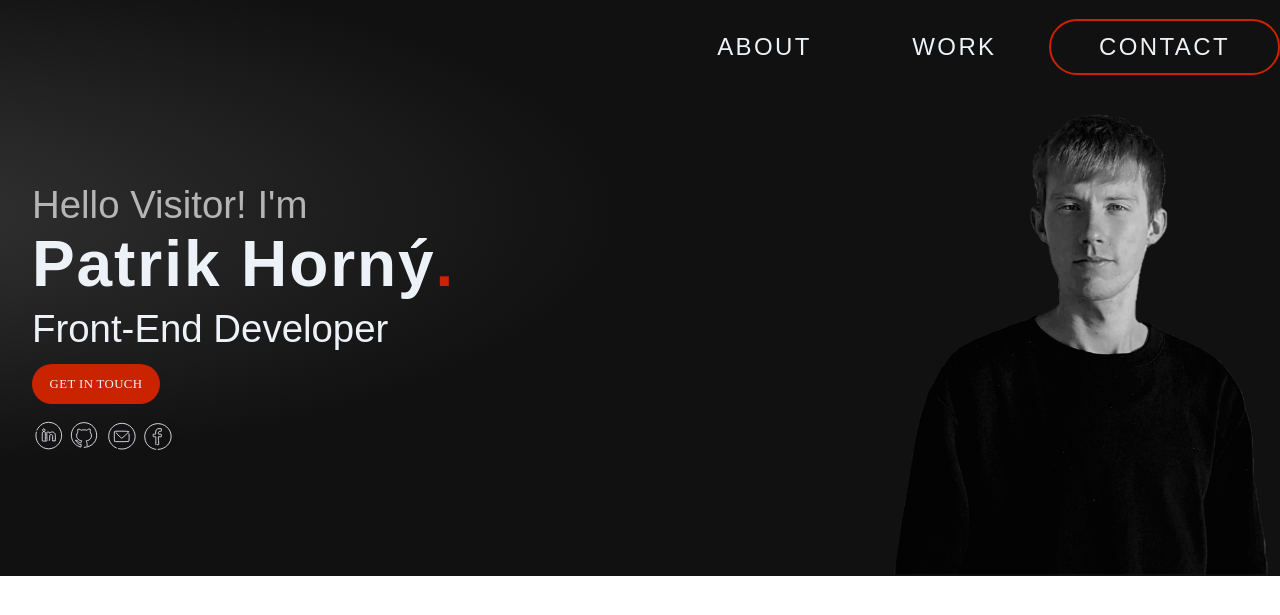
Repository: Spreceriany/portfolio
Page: index.html
An editor plug-in stored every save of this project. The page is shown before and after the next save, followed by the edit.
The browser window is 1280 px wide. The pictures show the whole page.
Some web fonts or font styles are not loaded; a fallback is used. The style sheet was rebuilt from its Sass, Less or Tailwind sources for each picture, by a compiler version that may differ from the author's.

Above is the page before, as saved 2021-03-07 18:22:24.

After the next save:
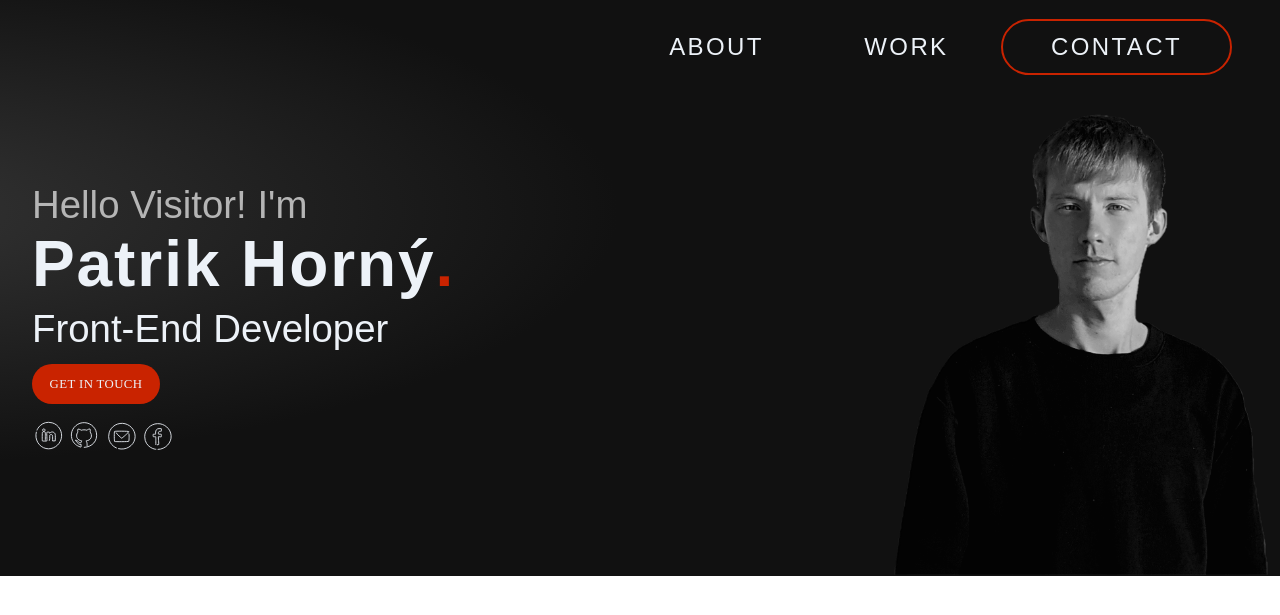
Saved 3 min 28 s later.
--- a/css/style.scss
+++ b/css/style.scss
@@ -30,7 +30,6 @@ header {
   left: 0;
   right: 0;
   display: flex;
-
   justify-content: flex-end;
   nav {
     min-height: 10vh;
@@ -41,9 +40,7 @@ header {
     .burger {
       cursor: pointer;
       @media (min-width: 996px) {
-
-           display: none;
-
+        display: none;
       }
       div {
         background-color: $orange;
@@ -63,7 +60,6 @@ header {
           height: 3px;
         }
       }
-
     }
     ul {
       margin-left: auto;
@@ -87,6 +83,7 @@ header {
           background-repeat: no-repeat;
           background-size: 0% 100%;
           transition: background-size 0.3s;
+          margin-right: 2em;
           &:hover {
             background-size: 100% 100%;
           }
@@ -104,7 +101,6 @@ header {
         }
       }
     }
-
   }
 }
 
